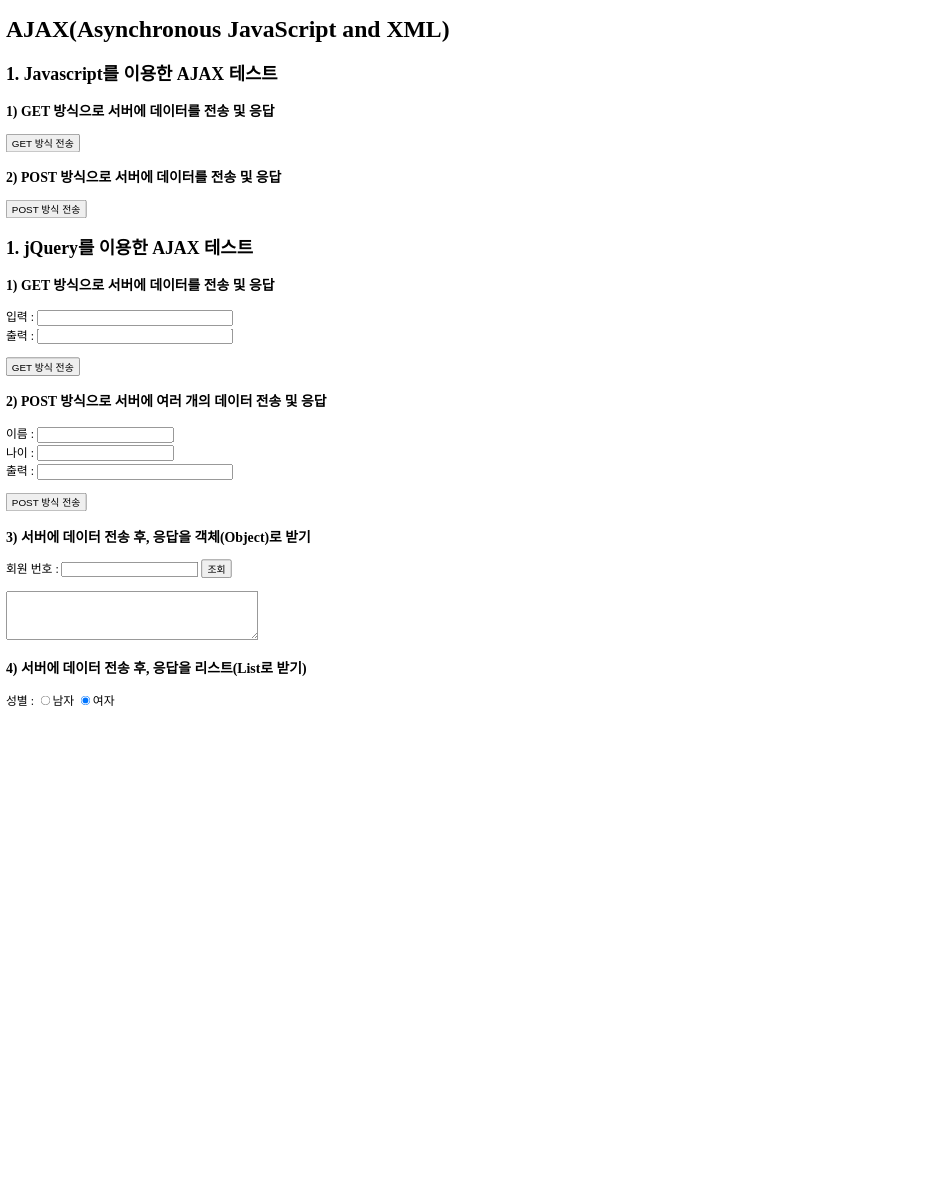
Repository: Parknogyung/Backend
Page: http://localhost/04_Ajax/
An editor plug-in stored every save of this project. The page is shown before and after the next save, followed by the edit.
The browser window is 1280 px wide. The pictures show the whole page, at 74% of full size.
The page is served by Tomcat 9. Other server files are loaded and not shown.

Above is the page before, as saved 2022-07-15 04:40:00.

### 04_Ajax/src/main/webapp/index.jsp
<%@ page language="java" contentType="text/html; charset=UTF-8"
    pageEncoding="UTF-8"%>
<%@ taglib uri="http://java.sun.com/jsp/jstl/core" prefix="c" %>
<%@ taglib uri="http://java.sun.com/jsp/jstl/fmt" prefix="fmt"%>
<%@ taglib uri="http://java.sun.com/jsp/jstl/functions" prefix="fn"%>
<c:set var="path" value="${pageContext.request.contextPath }"/>
<!DOCTYPE html>
<html>
<head>
<meta charset="UTF-8">
<title>AJAX(Asynchronous JavaScript and XML)</title>
<script src="https://code.jquery.com/jquery-3.6.0.js"></script>
</head>
<body>
	<h1>AJAX(Asynchronous JavaScript and XML)</h1>

	<h2>1. Javascript를 이용한 AJAX 테스트</h2>
	<h3>1) GET 방식으로 서버에 데이터를 전송 및 응답</h3>

	<button onclick="jsAjaxTest1();">GET 방식 전송</button>

	<p id="area1"></p>

	<script>
		function jsAjaxTest1() {
			// 1. XMLHttpRequest 객체 생성
			let xhr = new XMLHttpRequest();

			//if (window.XMLHttpRequest) { // 모질라, 사파리, IE7+ ...
			//    httpRequest = new XMLHttpRequest();
			//} else if (window.ActiveXObject) { // IE 6 이하
			//    httpRequest = new ActiveXObject("Microsoft.XMLHTTP");
			//}

			// 2. onreadystatechange 속성에 콜백함수 지정
			//	  비동기 통신에 대한 응답 상태에 변경이 있을 경우 실행된다.
			xhr.onreadystatechange = function() {
				// 1) readyState : AJAX 통신 진행 상황
				//	  0 : 요청이 초기화되지 않은 상황
				//	  1 : 서버와 연결이 설정된 상태
				//    2 : 서버가 요청을 받은 상태
				//    3 : 서버가 요청을 처리하는 상태
				//    4 : 서버가 요청에 대한 처리가 끝나고 응답을 준비하는 상태
				console.log(xhr.readyState);

				if(xhr.readyState == 4) {
					// 2) status : HTTP 응답 상태 코드
					//	  200 : OK
					//    403 : Forbidden
					//    404 : Not Found
					//    500 : Internal Server Error
					//    ...
					console.log(xhr.status);

					if(xhr.status == 200) {
						// 서버에서 응답한 데이터를 담고있는 속성
						console.log(xhr.responseText);

						document.getElementById("area1").innerHTML = xhr.responseText;
					} else {
						console.log("통신 실패 : " + xhr.status);
					}
				}
			};

			// 3. open() 호출
			//	 - 서버와 통신에 필요한 정보를 입력한다. (요청 방식, 대상(서버), 동기/비동기 여부(default: true))
			xhr.open("GET", "${path}/jsAjax.do?name=문인수&age=18", true);

			// 4. send() 호출
			//	 - 서버에 요청을 한다.
			xhr.send();
		}
	</script>

	<h3>2) POST 방식으로 서버에 데이터를 전송 및 응답</h3>

	<button onclick="jsAjaxTest2();">POST 방식 전송</button>

	<p id="area2"></p>

	<script>
		function jsAjaxTest2() {
			// 1. XMLHttpRequest 객체 생성
			let xhr = new XMLHttpRequest();

			// 2. onreadystatechange
			xhr.onreadystatechange = () => {
				if(xhr.readyState === XMLHttpRequest.DONE && xhr.status === 200) {
					document.getElementById("area2").innerHTML = xhr.responseText;
				}
			};

			// 3. open() 메소드 호출
			xhr.open("POST", "${path}/jsAjax.do", true);

			// * POST 요청의 경우 send() 메소드 호출 전에 아래와 같이 요청 헤더를 추가해야 한다.
			xhr.setRequestHeader("Content-Type", "application/x-www-form-urlencoded");

			// 4. send() 메소드 호출
			xhr.send("name=홍길동&age=24");

		};
	</script>

	<h2>1. jQuery를 이용한 AJAX 테스트</h2>
	<h3>1) GET 방식으로 서버에 데이터를 전송 및 응답</h3>

	입력 : <input type="text" id="input1" size="30"/> <br>
	출력 : <input type="text" id="output1" readonly size="30"/> <br> <br>

	<button id="btn3">GET 방식 전송</button>


	<h3>2) POST 방식으로 서버에 여러 개의 데이터 전송 및 응답</h3>

	이름 : <input type="text" id="name" /> <br>
	나이 : <input type="text" id="age" /> <br>
	출력 : <input type="text" id="output2" readonly size="30"/> <br> <br>

	<button id="btn4">POST 방식 전송</button>

	<h3>3) 서버에 데이터 전송 후, 응답을 객체(Object)로 받기</h3>
	회원 번호 : <input type="text" id="userNo">

	<button id="btn5">조회</button> <br><br>

	<textarea id="textarea5" rows="4" cols="40"></textarea>

	<h3>4) 서버에 데이터 전송 후, 응답을 리스트(List로 받기)</h3>

	성별 :
	<label> <input type="radio" name="gender" value="남자" checked>남자</label>
	<label> <input type="radio" name="gender" value="여자" checked>여자</label>

	<script>
		$(document).ready(function() {
			$("#btn3").on("click", function() {
				let input = $("#input1").val();

				$.ajax({
					// 전송 방식(GET, POST)
					type: "GET",
					// 데이터를 전송(요청)할 URL
					url: "${path}/jqAjax1.do",
					// 요청 시 전달할 파라미터 설정
					data: {
						input // 'input': input
					},
					// AJAX 통신 성공 시 실행될 콜백 함수
					success: function(data) {
						console.log(data);

						$("#output1").val(data);
					},
					// AJAX 통신 실패 시 실행될 콜백 함수
					error: function(error) {
						console.log(error);
					},
					// AJAX 통신 성공 여부와 상관없이 실행될 콜백 함수
					complete: function(){
						console.log("complete");
					}
				});
			});

			$("#btn4").on("click", () => {
				let name = $("#name").val();
				let age = $("#age").val();

				$.ajax({
					type: "POST",
					url: "${path}/jqAjax1.do",
					data: {
						name, // 'name': name,
						age //'age': age
					},
					success: (data) => {
							console.log(data);

							$("#output2").val(data);
					},
					error: (error) => {
						console.log(error);
					}
				});
			});
		});

		$("#btn5").on("click", () => {
			let userNo = $("#userNo").val();

			$.ajax({
				type: "GET",
				url: "${path}/jqAjax2.do",
				dataType: "json", // 응답 데이터 형식
				data: {
					userNo
				},
				success: (obj) => {
					console.log(obj);

					let result = "";

					if(obj !== null) {
						result = "회원 번호 : " + obj.no + ", 이름 : " + obj.name +
								 ", 나이 : " + obj.age + ", 성별 : " + obj.gender;
					} else {
						result = "사용자 정보가 없습니다.";
					}

					$("#textarea5").val(result);
				},
				error: (error) => {
					console.log(error);
				}
			});
		});
	</script>


	<br><br><br><br><br><br>
	<br><br><br><br><br><br>
	<br><br><br><br><br><br>
	<br><br><br><br><br><br>
	<br><br><br><br><br><br>
	<br><br><br><br><br><br>
</body>
</html>

After the next save:
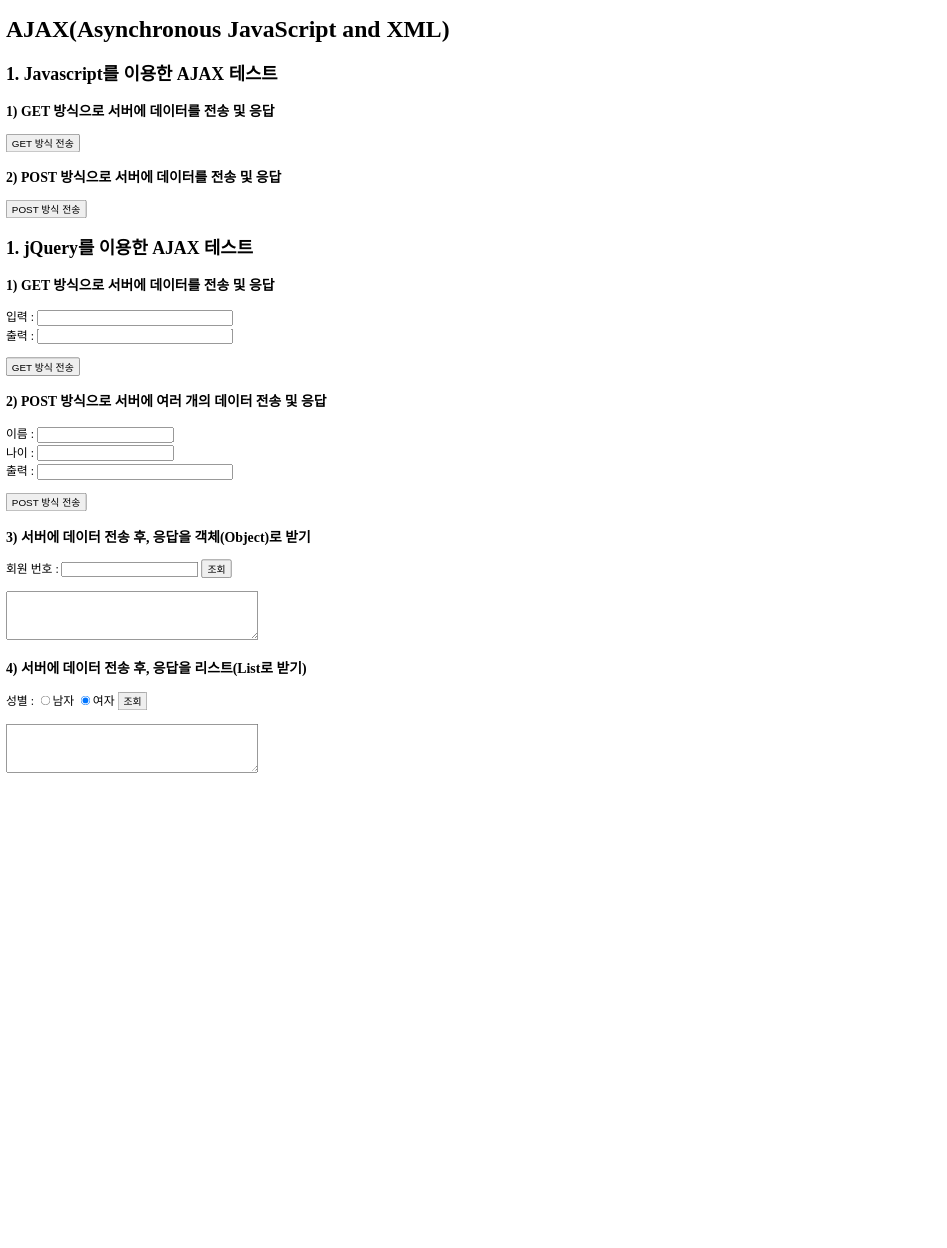
Saved 27 s later.
--- a/04_Ajax/src/main/webapp/index.jsp
+++ b/04_Ajax/src/main/webapp/index.jsp
@@ -133,6 +133,10 @@
 	<label> <input type="radio" name="gender" value="남자" checked>남자</label>
 	<label> <input type="radio" name="gender" value="여자" checked>여자</label>
 
+	<button id="btn5">조회</button> <br><br>
+
+	<textarea id="textarea5" rows="4" cols="40"></textarea>
+
 	<script>
 		$(document).ready(function() {
 			$("#btn3").on("click", function() {
